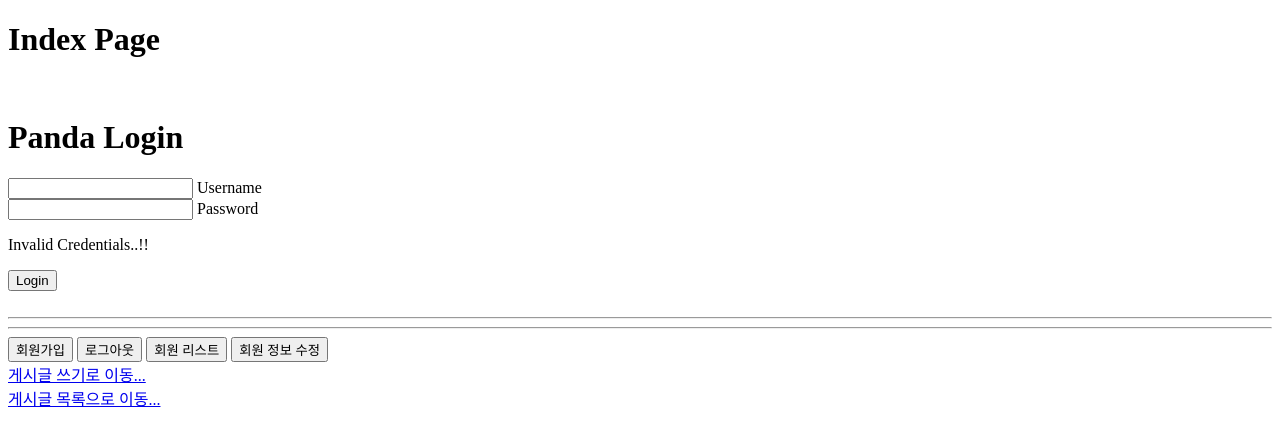
Repository: dfhdfhdfsza/myjsp
Page: http://localhost/_myjsp/
The author's editor kept a copy of each file at every save. The page is drawn from the files as they stood at one save, then again after the next save.
The browser window is 1280 px wide. The pictures show the whole page.
The page is served by Tomcat 9. The template is opened directly, without the code that normally fills it, so the values that code supplies are empty.

Above is the page before, as saved 2023-09-22 12:25:24.
Console error: ReferenceError: $ is not defined
Not found: _myjsp/resources/pandalogin.scss

After the next save:
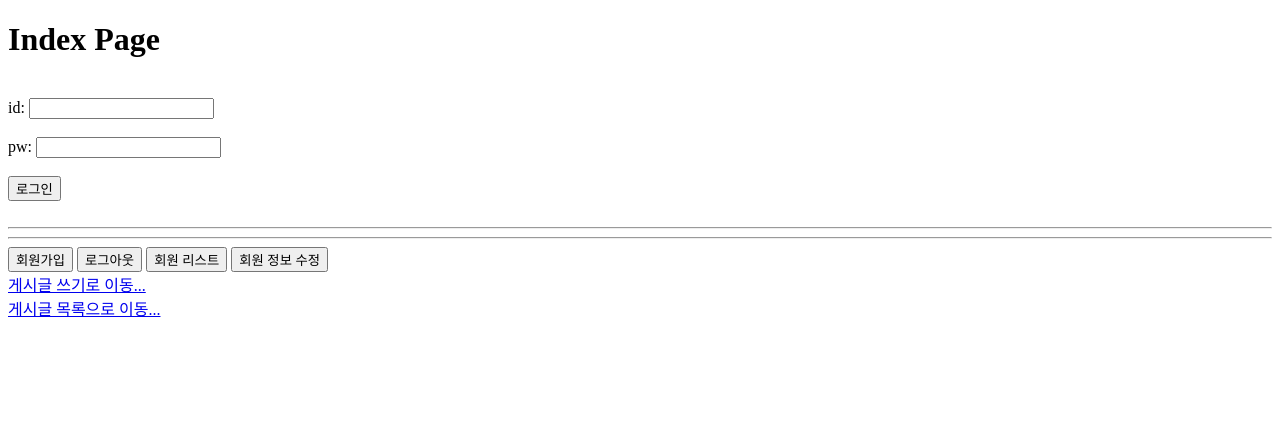
The error is gone.
Saved 4 min 40 s later.
--- a/_myjsp/src/main/webapp/index.jsp
+++ b/_myjsp/src/main/webapp/index.jsp
@@ -6,50 +6,16 @@
 <head>
 <meta charset="UTF-8">
 <title>Insert title here</title>
-
-	<link rel="stylesheet" type="text/css" href="/resources/pandalogin.scss">
 </head>
 <body>
 	<h1>Index Page</h1>
 	<br>
 	<c:if test="${ses eq null }">
-		<div class="panda">
-  <div class="ear"></div>
-  <div class="face">
-    <div class="eye-shade"></div>
-    <div class="eye-white">
-      <div class="eye-ball"></div>
-    </div>
-    <div class="eye-shade rgt"></div>
-    <div class="eye-white rgt">
-      <div class="eye-ball"></div>
-    </div>
-    <div class="nose"></div>
-    <div class="mouth"></div>
-  </div>
-  <div class="body"> </div>
-  <div class="foot">
-    <div class="finger"></div>
-  </div>
-  <div class="foot rgt">
-    <div class="finger"></div>
-  </div>
-</div>
-<form>
-  <div class="hand"></div>
-  <div class="hand rgt"></div>
-  <h1>Panda Login</h1>
-  <div class="form-group">
-    <input required="required" class="form-control"/>
-    <label class="form-label">Username</label>
-  </div>
-  <div class="form-group">
-    <input id="password" type="password" required="required" class="form-control"/>
-    <label class="form-label">Password</label>
-    <p class="alert">Invalid Credentials..!!</p>
-    <button class="btn">Login </button>
-  </div>
-</form>
+		<form action="/mem/login">
+			id: <input type="text" name="id"> <br> <br>
+			pw: <input type="text" name="pw"> <br> <br>
+			<button type="submit">로그인</button>
+		</form>
 		<br> <hr>
 	</c:if>
 
@@ -79,6 +45,5 @@
 	<br>
 	<a href="/brd/register">게시글 쓰기로 이동...</a> <br>
 	<a href="/brd/pageList">게시글 목록으로 이동...</a> <br>
-	<script src="/resources/pandalogin.js"></script>
 </body>
 </html>
